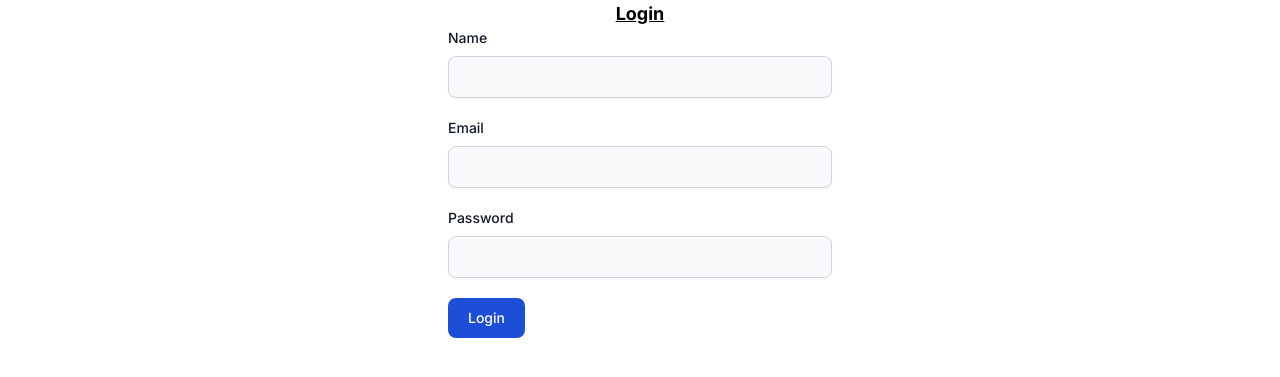
Repository: fatimash2123/next-todo
Page: /login
An editor plug-in stored every save of this project. The page is shown before and after the next save, followed by the edit.
The browser window is 1280 px wide. The pictures show the whole page.
The project was rebuilt for these pictures with package versions that can differ from the ones it lists, and the page was loaded fresh each time. The framework's server and built-in components were replaced by stand-ins that run in the browser. Also part of the build but not shown: next.config.mjs.

Above is the page before, as saved 2024-02-13 12:23:18.

### app/login/page.tsx
import Input from "../components/Input";
import Button from "../components/Button";
import MainHeading from "../components/MainHeading";
export default function Register() {
  const register = () => {};

  return (
    <>
      <MainHeading title={"Login"} />
      <form className="max-w-sm mx-auto">
        <Input title={"Name"} type={"text"} name={"name"} />
        <Input title={"Email"} type={"email"} name={"email"} />
        <Input title={"Password"} type={"password"} name={"password"} />
        <Button title={"Login"} handleOnClick={register} />
      </form>
    </>
  );
}

### app/components/Input.tsx
interface InputProps {
  title: string;
  type: string;
  name: string;
}
export default function ({ title, type, name }: InputProps) {
  return (
    <div className="mb-5">
      <label
        htmlFor={name}
        className="block mb-2 text-sm font-medium text-gray-900 dark:text-white"
      >
        {title}
      </label>
      <input
        type={type}
        id={name}
        className="shadow-sm bg-gray-50 border border-gray-300 text-gray-900 text-sm rounded-lg focus:ring-blue-500 focus:border-blue-500 block w-full p-2.5 dark:bg-gray-700 dark:border-gray-600 dark:placeholder-gray-400 dark:text-white dark:focus:ring-blue-500 dark:focus:border-blue-500 dark:shadow-sm-light"
        required
      />
    </div>
  );
}

### app/components/Button.tsx
import { MouseEventHandler } from "react";

interface ButtonProps {
  title: string;
  handleOnClick: () => any;
}

const Button = ({ title, handleOnClick }: ButtonProps) => {
  return (
    <button
      type="submit"
      className="text-white bg-blue-700 hover:bg-blue-800 focus:ring-4 focus:outline-none focus:ring-blue-300 font-medium rounded-lg text-sm px-5 py-2.5 text-center dark:bg-blue-600 dark:hover:bg-blue-700 dark:focus:ring-blue-800"
      onClick={handleOnClick()}
    >
      {title}
    </button>
  );
};

export default Button;

### app/components/MainHeading.tsx
interface MainHeadingProps {
  title: string;
}

export default function ({ title }: MainHeadingProps) {
  return (
    <h1 className="font-bold text-lg text-center text-3xl underline">
      {title}
    </h1>
  );
}

### tailwind.config.js
/** @type {import('tailwindcss').Config} */
module.exports = {
  content: [
    "./app/**/*.{js,ts,jsx,tsx,mdx}",
    "./components/**/*.{js,ts,jsx,tsx,mdx}",
  ],
  theme: {
    extend: {},
  },
  plugins: [],
}

Loaded but not shown: app/layout.tsx (common file); app/globals.css (common file)

After the next save:
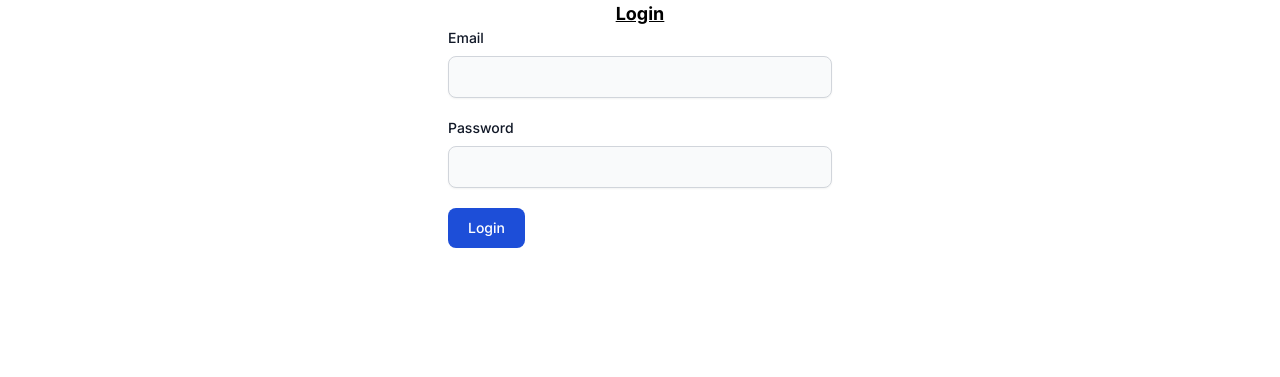
Saved 6 s later.
--- a/app/login/page.tsx
+++ b/app/login/page.tsx
@@ -8,7 +8,6 @@ export default function Register() {
     <>
       <MainHeading title={"Login"} />
       <form className="max-w-sm mx-auto">
-        <Input title={"Name"} type={"text"} name={"name"} />
         <Input title={"Email"} type={"email"} name={"email"} />
         <Input title={"Password"} type={"password"} name={"password"} />
         <Button title={"Login"} handleOnClick={register} />
